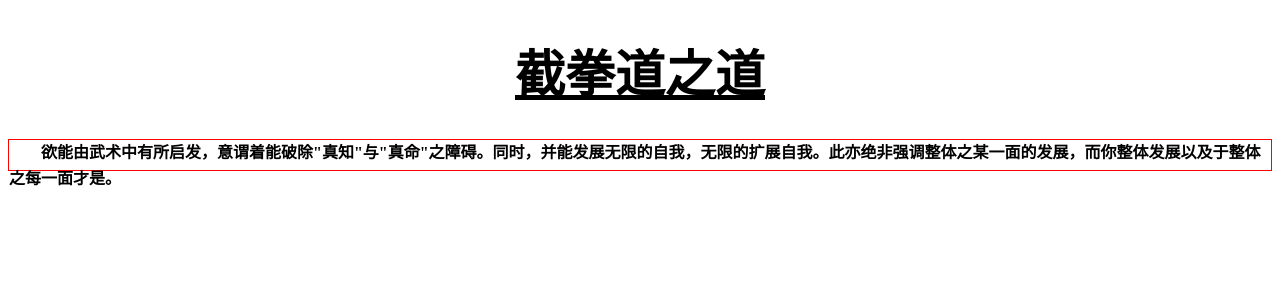
Repository: MasterKweng/workspace
Page: WebBasic/WebContent/Day02/text.html
The author's editor kept a copy of each file at every save. The page is drawn from the files as they stood at one save, then again after the next save.
The browser window is 1280 px wide. The pictures show the whole page.

Above is the page before, as saved 2018-01-04 06:57:23.

### WebBasic/WebContent/Day02/text.html
<!doctype html>
<html>
	<head>
		<title>文本格式化</title>
		<meta charset="utf-8"/>
		<style type="text/css">
			body{
				font-family:'微软雅黑';
			}
			h1{
				font-size:50px;
				text-align:center;
				text-decoration:underline;
			}
			p{
				font-weight:bold;
				line-height:1.6em;/*行间距*/
				text-indent:2em;/*缩进*/
			}
			p{
				height:30px;
				border:1px solid red;
			}
		</style>
	</head>
	<body>
		<h1>截拳道之道</h1>
		<p>欲能由武术中有所启发，意谓着能破除"真知"与"真命"之障碍。同时，并能发展无限的自我，无限的扩展自我。此亦绝非强调整体之某一面的发展，而你整体发展以及于整体之每一面才是。</p>
	</body>
</html>

After the next save:
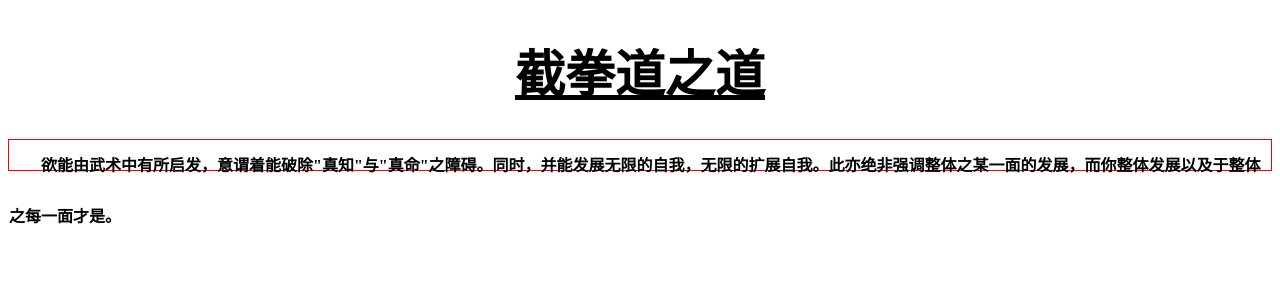
Saved 14 s later.
--- a/WebBasic/WebContent/Day02/text.html
+++ b/WebBasic/WebContent/Day02/text.html
@@ -14,7 +14,7 @@
 			}
 			p{
 				font-weight:bold;
-				line-height:1.6em;/*行间距*/
+				line-height:3.2em;/*行间距*/
 				text-indent:2em;/*缩进*/
 			}
 			p{

After the save that followed:
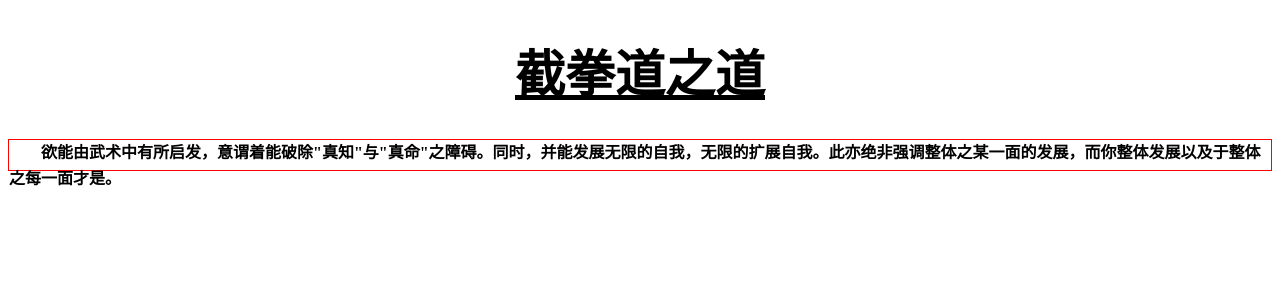
Saved 13 s later.
--- a/WebBasic/WebContent/Day02/text.html
+++ b/WebBasic/WebContent/Day02/text.html
@@ -14,7 +14,7 @@
 			}
 			p{
 				font-weight:bold;
-				line-height:3.2em;/*行间距*/
+				line-height:1.6em;/*行间距*/
 				text-indent:2em;/*缩进*/
 			}
 			p{
